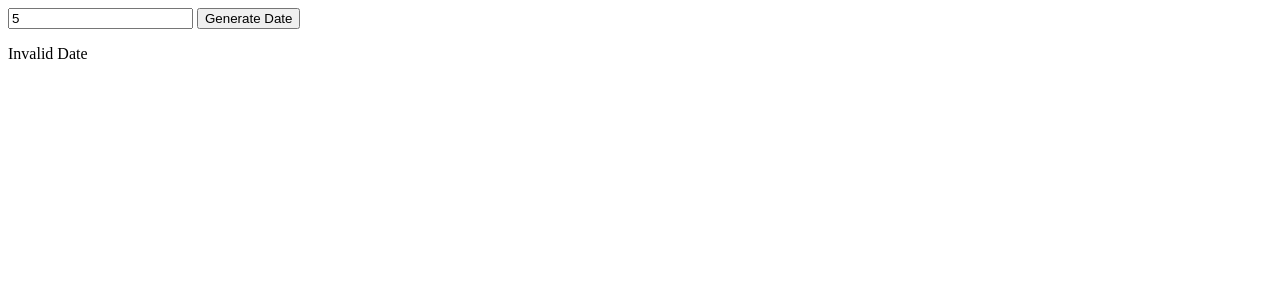
Repository: jfjadloc/jfjadloc.github.io
Page: Timestamp/index.html
An editor plug-in stored every save of this project. The page is shown before and after the next save, followed by the edit.
The browser window is 1280 px wide. The pictures show the whole page.
Empty fields were first filled with sample values (such as "Sample", 5 or name@example.com).
After loading, the first visible `#myBtn` was clicked once.

Above is the page before, as saved 2022-02-27 20:57:27.

After the next save:
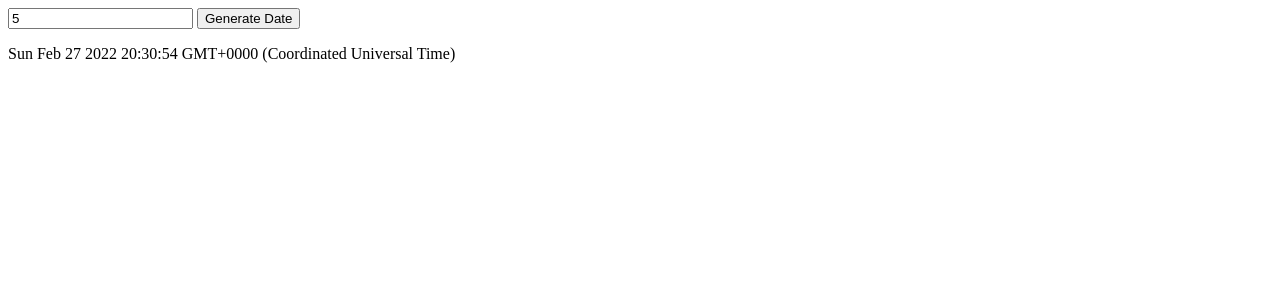
Saved 5 s later.
--- a/Timestamp/index.html
+++ b/Timestamp/index.html
@@ -15,9 +15,9 @@
     <script>
 
         function displayDate() {
-            var ST = document.getElementById("date_input").innerHTML;
+            var d = document.getElementById("date_input");
 
-            document.getElementById("answer").innerHTML = new Date(ST);
+            document.getElementById("answer").innerHTML = Date(d);
         }
     </script>
 </body>
